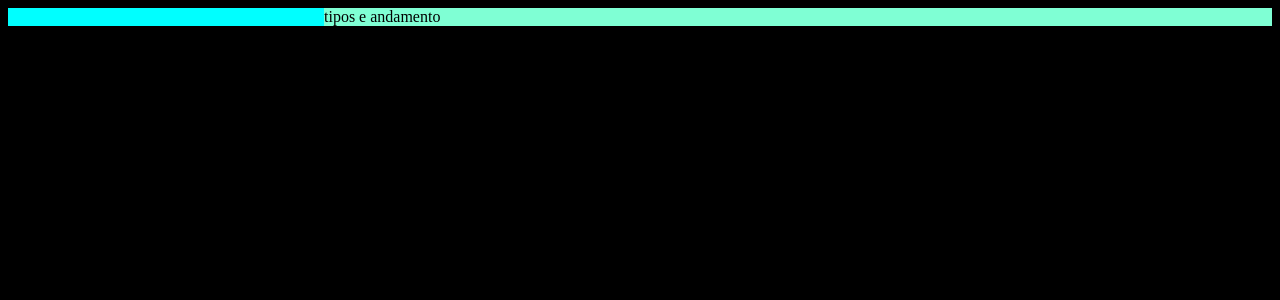
Repository: br-on/ddaf-chamados
Page: index.html
These files come from the project's save history. The page is drawn as it stood at one moment and after the next save; the edit follows.
The browser window is 1280 px wide. The pictures show the whole page.

Above is the page before, as saved 2025-01-19 20:19:56.

After the next save:
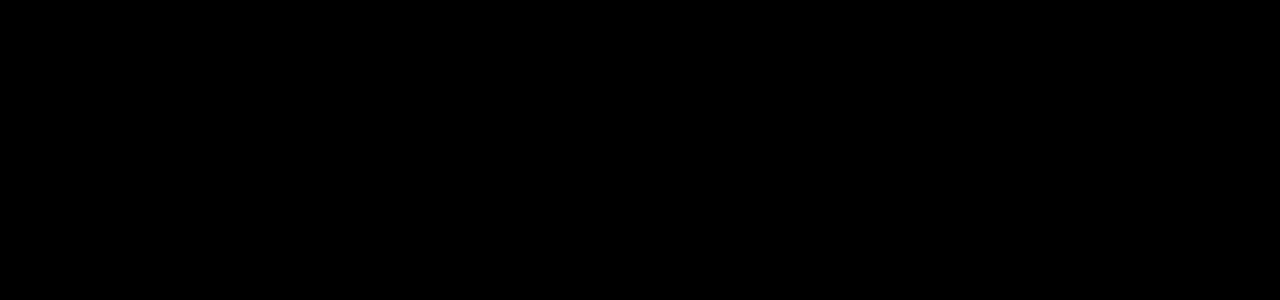
Saved 5 s later.
--- a/index.html
+++ b/index.html
@@ -12,7 +12,6 @@
     <main>
 
         <footer>
-            tipos e andamento
         </footer>
     </main>
 </body>

After the save that followed:
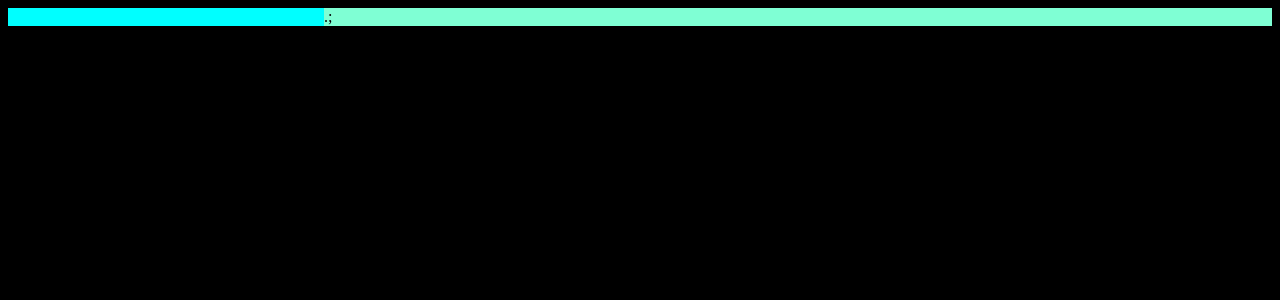
Saved 7 s later.
--- a/index.html
+++ b/index.html
@@ -12,6 +12,7 @@
     <main>
 
         <footer>
+            .;
         </footer>
     </main>
 </body>
